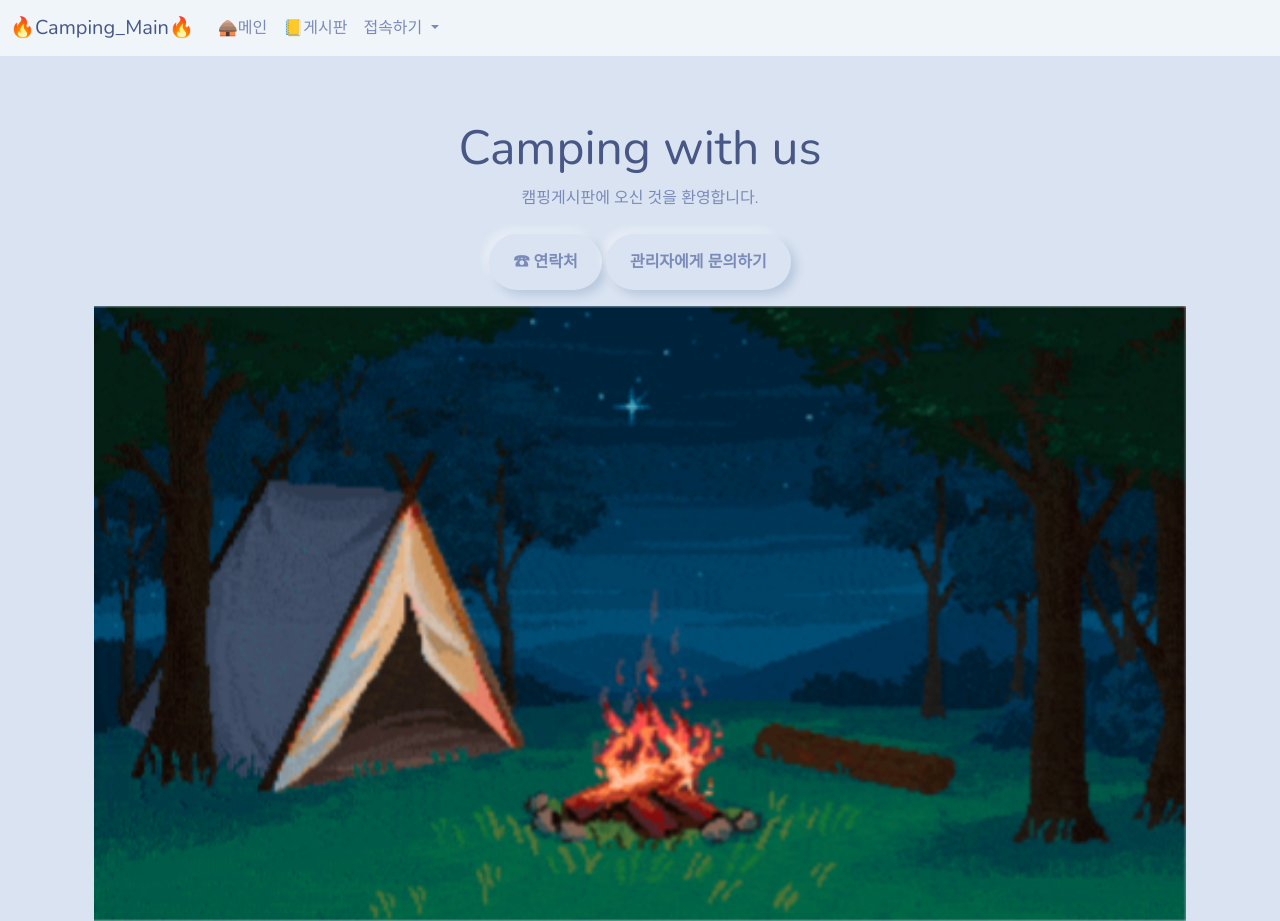
Repository: LeeJaeweon/Camping_Weak_v1.0
Page: http://localhost/SSS/main.jsp
These files come from the project's save history. The page is drawn as it stood at one moment and after the next save; the edit follows.
The browser window is 1280 px wide. The pictures show the whole page.
Some web libraries are served in a nearby version. The page is served by Tomcat 9. Other server files are loaded and not shown.

Above is the page before, as saved 2023-11-19 07:09:20.

### JSP/SSS/src/main/webapp/main.jsp
<%@ page language="java" contentType="text/html; charset=UTF-8" pageEncoding="UTF-8"%>
<%@ page import="java.io.PrintWriter" %>
<!DOCTYPE html>
<html>
<head>
    <meta http-equiv="Content-Type" content="text/html; charset=UTF-8">
    <meta name="viewport" content="width=device-width, initial-scale=1">
    <link rel="stylesheet" href="css/bootstrap.css">
    <title>🔥Camping🔥</title>

    <!-- 팝업 창 띄우기 함수 -->
    <script>
        function openPopup(url, width, height) {
            var popup = window.open(url, "_blank", "width=" + width + ",height=" + height);
            popup.focus();
        }

        function submitFormToXML() {
            var name = document.getElementById('name').value;
            var email = document.getElementById('email').value;
            var message = document.getElementById('message').value;

            // Create XML string
            var xmlString = '<inquiry><name>' + name + '</name><email>' + email + '</email><message>' + message + '</message></inquiry>';

            // TODO: Send this XML to the server-side for further processing
            console.log("Generated XML: ", xmlString);
        }
    </script>
</head>

<body>
    <%
        String userID = (String) session.getAttribute("userID");
    %>
    <nav class="navbar navbar-expand-lg navbar-light bg-light">
        <a class="navbar-brand" href="main.jsp" style="margin-left: 10px;">🔥Camping_Main🔥</a>
        <button class="navbar-toggler" type="button" data-toggle="collapse" data-target="#navbarNavDropdown" aria-controls="navbarNavDropdown" aria-expanded="false" aria-label="Toggle navigation">
            <span class="navbar-toggler-icon"></span>
        </button>
        <div class="collapse navbar-collapse" id="navbarNavDropdown">
            <ul class="navbar-nav">
                <li class="nav-item active">
                    <a class="nav-link" href="main.jsp">🛖메인</a>
                </li>
                <li class="nav-item">
                    <a class="nav-link" href="bbs.jsp">📒게시판</a>
                </li>
                <%
                    if (userID == null) {
                %>
                <li class="nav-item dropdown">
                    <a class="nav-link dropdown-toggle" href="#" id="navbarDropdownMenuLink" role="button" data-toggle="dropdown" aria-expanded="false">
                        접속하기
                    </a>
                    <ul class="dropdown-menu" aria-labelledby="navbarDropdownMenuLink">
                        <li><a class="dropdown-item" href="login.jsp">로그인</a></li>
                        <li><a class="dropdown-item" href="join.jsp">회원가입</a></li>
                    </ul>
                </li>
                <%
                } else {
                %>
                <li class="nav-item dropdown">
                    <a class="nav-link dropdown-toggle" href="#" id="navbarDropdownMenuLink" role="button" data-toggle="dropdown" aria-expanded="false">
                        ⚙️회원관리
                    </a>
                    <ul class="dropdown-menu" aria-labelledby="navbarDropdownMenuLink">
                        <a href="#" class="dropdown-item" onclick="openPopup('finduser.jsp', 600, 800); return false;">🏕️유저찾기</a>
                        <a href="#" class="dropdown-item" onclick="openPopup('pingTest2.jsp', 600, 400); return false;">📡인터넷 테스트</a>
                        <li><a class="dropdown-item" href="logoutAction.jsp">🤚로그아웃</a></li>
                    </ul>
                </li>
                <%
                    }
                %>
            </ul>
        </div>
    </nav>

<!-- 메인 페이지 영역 시작 -->
<div class="container mt-5">
    <div class="jumbotron border rounded p-3">
        <div class="container text-center">
            <h1 style="font-size: 48px;">Camping with us</h1>
            <p>캠핑게시판에 오신 것을 환영합니다.</p>
            <div class="mt-4">
                <a href="DownloadServlet.jsp?file=myfile.txt" class="btn btn-primary mr-2">☎ 연락처</a>
                <button type="button" class="btn btn-primary" data-toggle="modal" data-target="#contactAdminModal">
                    관리자에게 문의하기
                </button>
            </div>
        </div>
    </div>
</div>

              <!-- 모달 팝업 창 -->
<div class="modal fade" id="contactAdminModal" tabindex="-1" role="dialog" aria-labelledby="contactAdminModalLabel" aria-hidden="true">
    <div class="modal-dialog" role="document">
        <div class="modal-content">
            <div class="modal-header">
                <h5 class="modal-title" id="contactAdminModalLabel">
                    <a href="rss_test.jsp" style="text-decoration: none; color: inherit;">📰News</a>
                </h5>
                <button type="button" class="close" data-dismiss="modal" aria-label="Close">
                    <span aria-hidden="true">&times;</span>
                </button>
                            </div>
                            <div class="modal-body">
                                <!-- 관리자에게 문의하기 양식을 추가할 수 있습니다. -->
                                <form>
                                    <div class="form-group">
                                        <label for="message">문의 내용</label>
                                        <textarea class="form-control" id="message" rows="4"></textarea>
                                    </div>
                                </form>
                            </div>
                            <div class="modal-footer">
                                <button type="button" class="btn btn-secondary" data-dismiss="modal">닫기</button>
                                <button type="button" class="btn btn-primary" onclick="submitFormToXML()">문의 보내기</button>
                            </div>
                        </div>
                    </div>
                </div>
            </div>
        </div>
    </div>

    <!-- 메인페이지 사진 삽입 영역 -->
    <div class="container">
        <div class="row justify-content-center">
            <div class="row justify-content-center">
                <div id="myCarousel" class="carousel slide" data-ride="carousel">
                    <ol class="carousel-indicators">
                        <!-- <li data-target="#myCarousel" data-slide-to="1" class="active"></li>
                        <li data-target="#myCarousel" data-slide-to="2"></li>
                        <li data-target="#myCarousel" data-slide-to="3"></li> -->
                    </ol>
                    <div class="carousel-inner">
                        <div class="carousel-item active">
                            <div class="text-center">
                                <img src="images/1.gif" class="img-fluid" alt="Camping Image" style="width: 100%; height: auto;">
                            </div>
                        </div>
                    </div>
                </div>
            </div>
        </div>
    </div>

    <script src="http://code.jquery.com/jquery-3.1.1.min.js"></script>
    <script src="https://stackpath.bootstrapcdn.com/bootstrap/5.0.0-alpha1/js/bootstrap.min.js"></script>
</body>
</html>

Loaded but not shown: JSP/SSS/src/main/webapp/css/bootstrap.css (library)

After the next save:
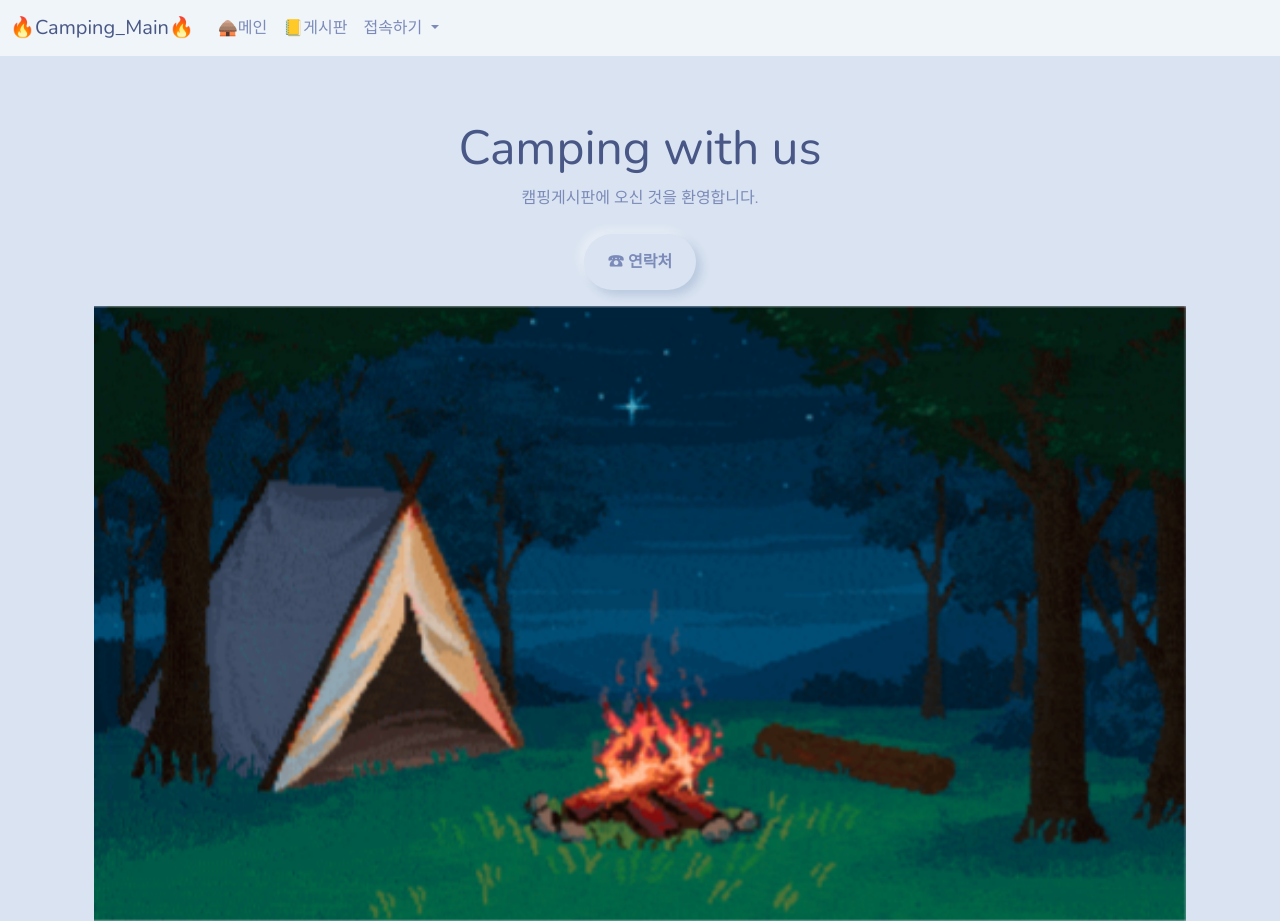
Saved 4 min 14 s later.
--- a/JSP/SSS/src/main/webapp/main.jsp
+++ b/JSP/SSS/src/main/webapp/main.jsp
@@ -86,25 +86,24 @@
             <p>캠핑게시판에 오신 것을 환영합니다.</p>
             <div class="mt-4">
                 <a href="DownloadServlet.jsp?file=myfile.txt" class="btn btn-primary mr-2">☎ 연락처</a>
-                <button type="button" class="btn btn-primary" data-toggle="modal" data-target="#contactAdminModal">
+                <!-- <button type="button" class="btn btn-primary" data-toggle="modal" data-target="#contactAdminModal">
                     관리자에게 문의하기
-                </button>
+                </button> -->
             </div>
         </div>
     </div>
 </div>
 
-              <!-- 모달 팝업 창 -->
-<div class="modal fade" id="contactAdminModal" tabindex="-1" role="dialog" aria-labelledby="contactAdminModalLabel" aria-hidden="true">
-    <div class="modal-dialog" role="document">
-        <div class="modal-content">
-            <div class="modal-header">
-                <h5 class="modal-title" id="contactAdminModalLabel">
-                    <a href="rss_test.jsp" style="text-decoration: none; color: inherit;">📰News</a>
-                </h5>
-                <button type="button" class="close" data-dismiss="modal" aria-label="Close">
-                    <span aria-hidden="true">&times;</span>
-                </button>
+                <!-- 모달 팝업 창 -->
+                <div class="modal fade" id="contactAdminModal" tabindex="-1" role="dialog" aria-labelledby="contactAdminModalLabel" aria-hidden="true">
+                    <div class="modal-dialog" role="document">
+                        <div class="modal-content">
+                            <div class="modal-header">
+                                <h5 class="modal-title" id="contactAdminModalLabel">관리자에게 문의하기</h5>
+
+                                <button type="button" class="close" data-dismiss="modal" aria-label="Close">
+                                    <span aria-hidden="true">&times;</span>
+                                </button>
                             </div>
                             <div class="modal-body">
                                 <!-- 관리자에게 문의하기 양식을 추가할 수 있습니다. -->
